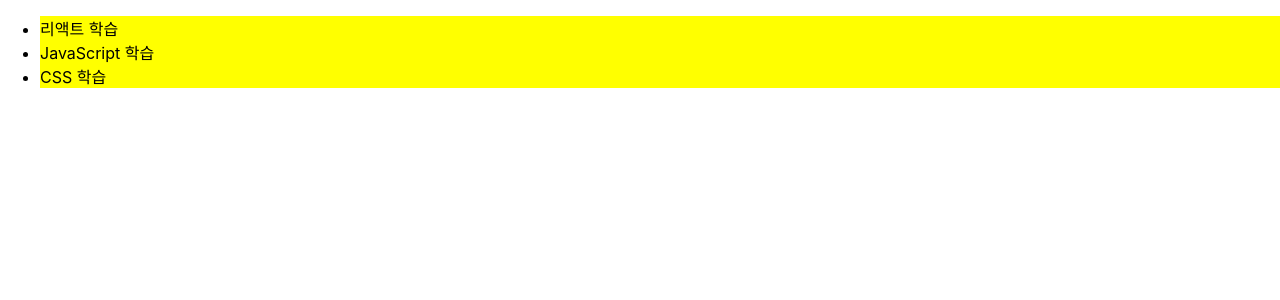
Repository: jongheonleee/todo-list
Page: /
The author's editor kept a copy of each file at every save. The page is drawn from the files as they stood at one save, then again after the next save.
The browser window is 1280 px wide. The pictures show the whole page.
The project was rebuilt for these pictures with package versions that can differ from the ones it lists, and the page was loaded fresh each time. Also part of the build but not shown: src/components/ToDoList.css.

Above is the page before, as saved 2025-02-18 14:51:28.

### src/App.js

import React from "react";
import InputForm from "./components/InputForm";
import ToDoList from "./components/ToDoList";


const App = () => {
  // 기본적으로 보여줄 리스트
  const items = [
    {
      id : 1,
      text : "리액트 학습",
      done : false
    },

    {
      id : 2,
      text : "JavaScript 학습",
      done : false
    },

    {
      id : 3,
      text : "CSS 학습",
      done : false
    }
  ];


  return (
    <>
      {/* 입력 영역 */}
      <InputForm />

      {/* to-do list 영역 */}
      <ToDoList items={items}/>
    </>
  );
}

export default App;

### src/components/InputForm.js
import React from "react";

const InputForm = () => {

    <div>
        this is for input form
    </div>
}

export default InputForm;

### src/components/ToDoList.js
import React from "react";
import ToDoItem from "./ToDoItem";
import "./ToDoList.css"

const ToDoList = ({ items }) => {
    return (
        <ul className="list">
            { items.map((item) => {
                return (
                    <ToDoItem
                        id = {item.id}
                        text = {item.text}
                        done = {item.done}
                    />
                )
            })}
        </ul>
    )
}

export default ToDoList;

### src/components/ToDoItem.js
import React from "react";
import "./ToDoItem.css"

// item은 3가지 필드를 지님
// - id, text, done
const ToDoItem = ({ id, text, done }) => {
    return (
        <li className="item">
            {
                done ? <del>text</del> : text
            }
        </li>
    )
}

export default ToDoItem;

### src/components/ToDoItem.css
.item {
    background-color: yellow;
}

Loaded but not shown: public/index.html (common file); src/index.js (common file); src/index.css (common file); src/reportWebVitals.js (common file)

After the next save:
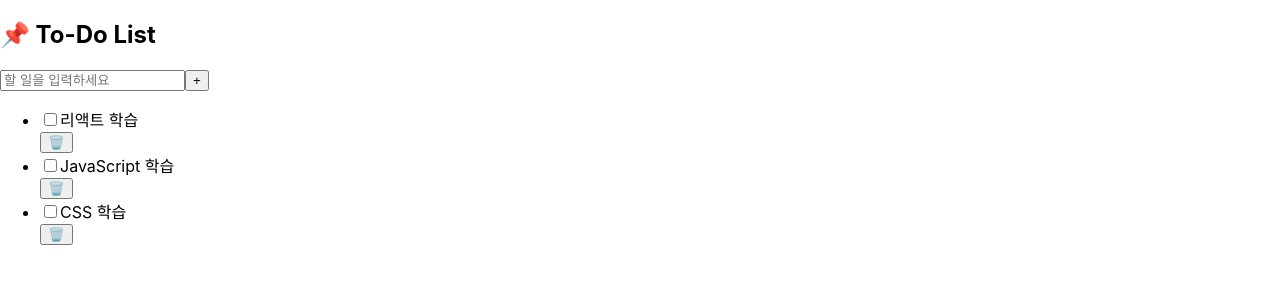
Saved 4 min 12 s later.
--- a/src/App.js
+++ b/src/App.js
@@ -28,13 +28,38 @@ const App = () => {
 
 
   return (
-    <>
-      {/* 입력 영역 */}
-      <InputForm />
-
-      {/* to-do list 영역 */}
-      <ToDoList items={items}/>
-    </>
+    <div>
+      <div class="container">
+        <h2>📌 To-Do List</h2>
+        <div class="input-area">
+          <input type="text" placeholder="할 일을 입력하세요" />
+          <button class="add-btn">+</button>
+        </div>
+        <ul class="todo-list">
+          <li>
+            <div class="todo-item">
+              <input type="checkbox" />
+              <span>리액트 학습</span>
+            </div>
+            <button class="delete-btn">🗑️</button>
+          </li>
+          <li>
+            <div class="todo-item">
+              <input type="checkbox" />
+              <span>JavaScript 학습</span>
+            </div>
+            <button class="delete-btn">🗑️</button>
+          </li>
+          <li>
+            <div class="todo-item">
+              <input type="checkbox" />
+              <span>CSS 학습</span>
+            </div>
+            <button class="delete-btn">🗑️</button>
+          </li>
+        </ul>
+      </div>
+    </div>
   );
 }
 
